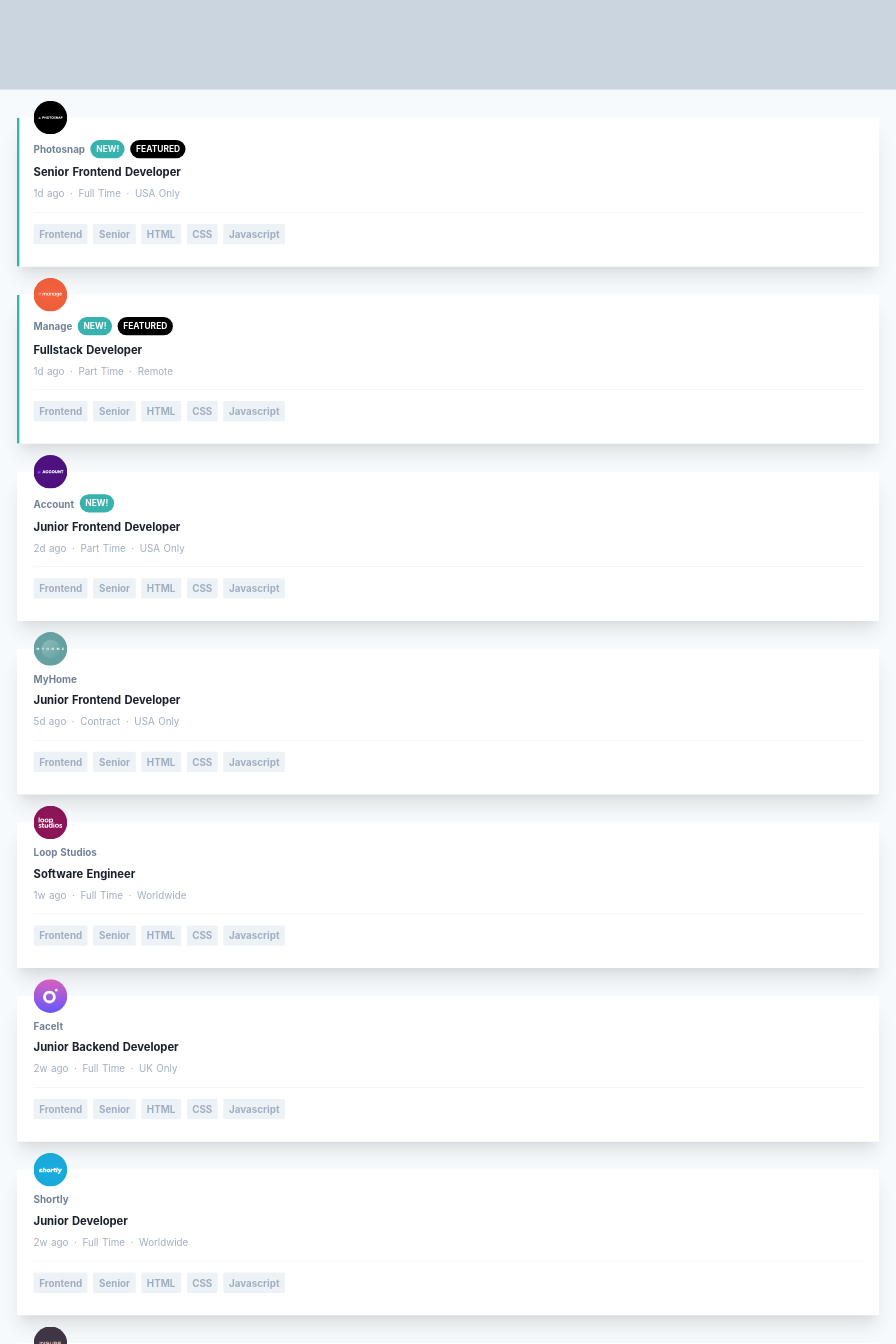
Repository: asongdon/frontendmentor-joblisting
Page: /
The author's editor kept a copy of each file at every save. The page is drawn from the files as they stood at one save, then again after the next save.
The browser window is 1280 px wide. The pictures show the part of the page from y = 0 to 1920 px (the page is 2623 px tall before and 2578 px after), at 70% of full size.
The project was rebuilt for these pictures with package versions that can differ from the ones it lists, and the page was loaded fresh each time. The framework's server and built-in components were replaced by stand-ins that run in the browser. Also part of the build but not shown: nuxt.config.js.

Above is the page before, as saved 2020-04-12 22:02:20.

### layouts/default.vue
<template>
  <div class="h-screen">
    <Header/>
    <nuxt />
  </div>
</template>

<script>
import Header from '@/components/Header.vue'

export default {
  components: {
    Header
  },
}
</script>

<style>
html {
  font-family: 'Inter', -apple-system, BlinkMacSystemFont, 'Segoe UI',
    Roboto, 'Helvetica Neue', Arial, sans-serif;
  font-size: 16px;
  word-spacing: 1px;
  -ms-text-size-adjust: 100%;
  -webkit-text-size-adjust: 100%;
  -moz-osx-font-smoothing: grayscale;
  -webkit-font-smoothing: antialiased;
  box-sizing: border-box;
  @apply bg-gray-100;
}

*,
*:before,
*:after {
  box-sizing: border-box;
  margin: 0;
}

.button--green {
  display: inline-block;
  border-radius: 4px;
  border: 1px solid #3b8070;
  color: #3b8070;
  text-decoration: none;
  padding: 10px 30px;
}

.button--green:hover {
  color: #fff;
  background-color: #3b8070;
}

.button--grey {
  display: inline-block;
  border-radius: 4px;
  border: 1px solid #35495e;
  color: #35495e;
  text-decoration: none;
  padding: 10px 30px;
  margin-left: 15px;
}

.button--grey:hover {
  color: #fff;
  background-color: #35495e;
}
</style>

### pages/index.vue
<template>
  <div class="mt-10">
    <div class="container px-6" v-for="item in data" :key="item.id">
      <Maincard
        :logo="item.logo"
        :company="item.company"
        :newStatus="item.new"
        :featured="item.featured"
        :position="item.position"
        :postedAt="item.postedAt"
        :contract="item.contract"
        :location="item.location"
        :languages="item.languages"
      />
    </div>
  </div>
</template>

<script>
import Maincard from '@/components/Maincard'
import data from '@/static/data/data.json'

export default {
  components: {
    Maincard
  },
  data() {
    return {
      data
    }
  }
}
</script>

<style>
/* Sample `apply` at-rules with Tailwind CSS
.container {
  @apply min-h-screen flex justify-center items-center text-center mx-auto;
}
*/
</style>

### components/Header.vue
<template>
  <div class="w-full h-32 bg-gray-400"></div>
</template>

<script>
export default {}
</script>

<style></style>

### components/Maincard.vue
<template>
  <div
    class="flex flex-col flex-no-wrap rounded-sm px-5 bg-white shadow-xl pb-4 mb-10 border-l-4 border-white"
    :class="{ 'border-l-4': featured, 'border-teal-500': featured }"
  >
    <div class="-mt-6 mb-2">
      <img class="w-12" :src="'/logos/' + logo" alt="" />
    </div>

    <div class="flex items-center">
      <div class="text-sm font-bold text-gray-600">{{ company }}</div>
      <div class="flex text-xs font-bold">
        <div
          v-if="newStatus"
          class=" bg-teal-500 text-white rounded-full px-2 py-1 uppercase ml-2"
        >
          New!
        </div>
        <div
          v-if="featured"
          class="bg-black text-white rounded-full px-2 py-1 uppercase ml-2"
        >
          Featured
        </div>
      </div>
    </div>

    <div class="mt-2 font-bold text-gray-900">
      {{ position }}
    </div>

    <div class="flex text-sm mt-2 text-gray-500 border-b border-gray-200 pb-4">
      <div class="mr-2">{{ postedAt }}</div>
      <div class="mr-2">·</div>
      <div class="mr-2">{{ contract }}</div>
      <div class="mr-2">·</div>
      <div>{{ location }}</div>
    </div>

    <div class="mt-4 flex flex-wrap justify-start">
      <div
        class="px-2 py-1 bg-gray-200 text-gray-500 rounded-sm font-bold mr-2 mb-4 text-sm"
      >
        Frontend
      </div>
      <div
        class="px-2 py-1 bg-gray-200 text-gray-500 rounded-sm font-bold mr-2 mb-4 text-sm"
      >
        Senior
      </div>
      <div
        class="px-2 py-1 bg-gray-200 text-gray-500 rounded-sm font-bold mr-2 mb-4  text-sm"
      >
        HTML
      </div>
      <div
        class="px-2 py-1 bg-gray-200 text-gray-500 rounded-sm font-bold mr-2 mb-4  text-sm"
      >
        CSS
      </div>
      <div
        class="px-2 py-1 bg-gray-200 text-gray-500 rounded-sm font-bold mr-2 mb-4  text-sm"
      >
        Javascript
      </div>
    </div>
  </div>
</template>

<script>
export default {
  props: {
    logo: String,
    company: String,
    newStatus: Boolean,
    featured: Boolean,
    position: String,
    postedAt: String,
    contract: String,
    location: String,
    languages: Array
  }
}
</script>

<style></style>

### static/data/data.json
[
  {
    "id": 1,
    "company": "Photosnap",
    "logo": "photosnap.svg",
    "new": true,
    "featured": true,
    "position": "Senior Frontend Developer",
    "role": "Frontend",
    "level": "Senior",
    "postedAt": "1d ago",
    "contract": "Full Time",
    "location": "USA Only",
    "languages": ["HTML", "CSS", "JavaScript"]
  },
  {
    "id": 2,
    "company": "Manage",
    "logo": "manage.svg",
    "new": true,
    "featured": true,
    "position": "Fullstack Developer",
    "role": "Fullstack",
    "level": "Midweight",
    "postedAt": "1d ago",
    "contract": "Part Time",
    "location": "Remote",
    "languages": ["Python"],
    "tools": ["React"]
  },
  {
    "id": 3,
    "company": "Account",
    "logo": "account.svg",
    "new": true,
    "featured": false,
    "position": "Junior Frontend Developer",
    "role": "Frontend",
    "level": "Junior",
    "postedAt": "2d ago",
    "contract": "Part Time",
    "location": "USA Only",
    "languages": ["JavaScript"],
    "tools": ["React", "Sass"]
  },
  {
    "id": 4,
    "company": "MyHome",
    "logo": "myhome.svg",
    "new": false,
    "featured": false,
    "position": "Junior Frontend Developer",
    "role": "Frontend",
    "level": "Junior",
    "postedAt": "5d ago",
    "contract": "Contract",
    "location": "USA Only",
    "languages": ["CSS", "JavaScript"]
  },
  {
    "id": 5,
    "company": "Loop Studios",
    "logo": "loop-studios.svg",
    "new": false,
    "featured": false,
    "position": "Software Engineer",
    "role": "FullStack",
    "level": "Midweight",
    "postedAt": "1w ago",
    "contract": "Full Time",
    "location": "Worldwide",
    "languages": ["JavaScript"],
    "tools": ["Ruby", "Sass"]
  },
  {
    "id": 6,
    "company": "FaceIt",
    "logo": "faceit.svg",
    "new": false,
    "featured": false,
    "position": "Junior Backend Developer",
    "role": "Backend",
    "level": "Junior",
    "postedAt": "2w ago",
    "contract": "Full Time",
    "location": "UK Only",
    "tools": ["RoR"]
  },
  {
    "id": 7,
    "company": "Shortly",
    "logo": "shortly.svg",
    "new": false,
    "featured": false,
    "position": "Junior Developer",
    "role": "Frontend",
    "level": "Junior",
    "postedAt": "2w ago",
    "contract": "Full Time",
    "location": "Worldwide",
    "languages": ["HTML", "JavaScript"],
    "tools": ["Sass"]
  },
  {
    "id": 8,
    "company": "Insure",
    "logo": "insure.svg",
    "new": false,
    "featured": false,
    "position": "Junior Frontend Developer",
    "role": "Frontend",
    "level": "Junior",
    "postedAt": "2w ago",
    "contract": "Full Time",
    "location": "USA Only",
    "languages": ["JavaScript"],
    "tools": ["Vue, Sass"]
  },
  {
    "id": 9,
    "company": "Eyecam Co.",
    "logo": "eyecam-co.svg",
    "new": false,
    "featured": false,
    "position": "Full Stack Engineer",
    "role": "Fullstack",
    "level": "Midweight",
    "postedAt": "3w ago",
    "contract": "Full Time",
    "location": "Worldwide",
    "languages": ["JavaScript", "Python"],
    "tools": ["Django"]
  },
  {
    "id": 10,
    "company": "The Air Filter Company",
    "logo": "the-air-filter-company.svg",
    "new": false,
    "featured": false,
    "position": "Front-end Dev",
    "role": "Frontend",
    "level": "Junior",
    "postedAt": "1mo ago",
    "contract": "Part Time",
    "location": "Worldwide",
    "languages": ["JavaScript"],
    "tools": ["React", "Sass"]
  }
]

Loaded but not shown: assets/css/tailwind.css (common file); tailwind.config.js (common file); store/filter.js (no copy from this time; the picture is the same without it); store/index.js (no copy from this time; the picture is the same without it)

After the next save:
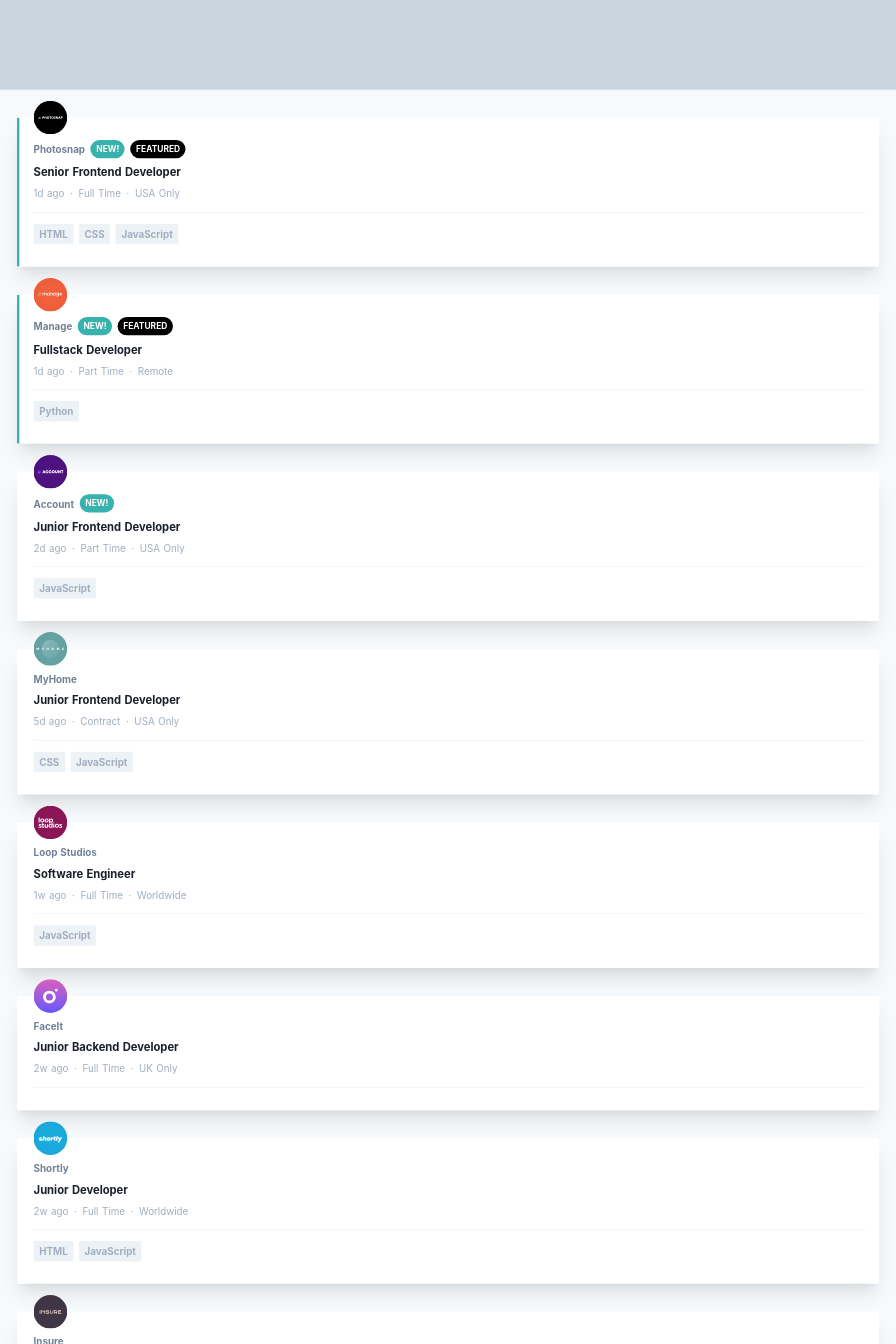
Saved 61 s later.
--- a/components/Maincard.vue
+++ b/components/Maincard.vue
@@ -38,7 +38,7 @@
     </div>
 
     <div class="mt-4 flex flex-wrap justify-start">
-      <div
+      <!-- <div
         class="px-2 py-1 bg-gray-200 text-gray-500 rounded-sm font-bold mr-2 mb-4 text-sm"
       >
         Frontend
@@ -62,6 +62,13 @@
         class="px-2 py-1 bg-gray-200 text-gray-500 rounded-sm font-bold mr-2 mb-4  text-sm"
       >
         Javascript
+      </div> -->
+      <div
+        v-for="tag in languages"
+        :key="tag.id"
+        class="px-2 py-1 bg-gray-200 text-gray-500 rounded-sm font-bold mr-2 mb-4 text-sm"
+      >
+        {{ tag }}
       </div>
     </div>
   </div>
